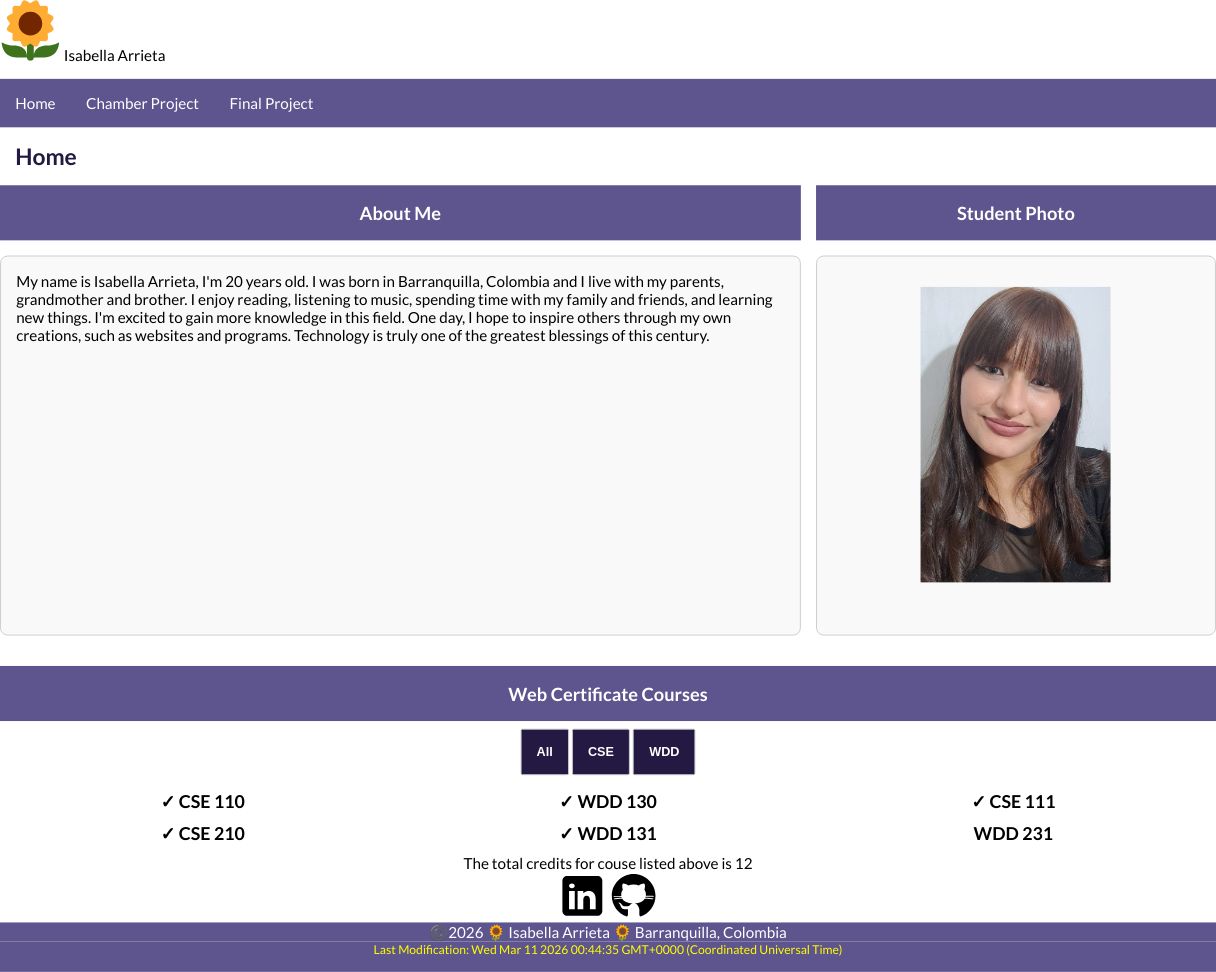
Repository: isaAJ05/wdd231
Page: index.html
These files come from the project's save history. The page is drawn as it stood at one moment and after the next save; the edit follows.
The browser window is 1280 px wide. The pictures show the whole page, at 95% of full size.
Some web fonts or font styles are not loaded; a fallback is used.

Above is the page before, as saved 2026-03-11 01:19:16.

### index.html
<!DOCTYPE html>
<html lang="en">
<head>
    <meta charset="UTF-8">
    <meta name="viewport" content="width=device-width, initial-scale=1.0">
    <title>WDD 231 – Web Frontend Development I – Isabella Arrieta</title>
    <meta name="description" content="WDD 231 – Web Frontend Development I Isabella Arrieta, This is a page about me">
    <meta name="author" content="Isabella Arrieta">
    <link rel="stylesheet" href="styles/normalize.css">
    <link rel="preconnect" href="https://fonts.googleapis.com">
    <link rel="preconnect" href="https://fonts.gstatic.com" crossorigin>
    <link href="https://fonts.googleapis.com/css2?family=Lato:ital,wght@0,100;0,300;0,400;0,700;0,900;1,100;1,300;1,400;1,700;1,900&family=Open+Sans:ital,wght@0,300..800;1,300..800&family=Play:wght@400;700&family=Raleway:ital,wght@0,100..900;1,100..900&display=swap" rel="stylesheet">
    <script src="scripts/getdates.js" defer></script>
    <script src="scripts/hamburguer.js" defer></script>
    <script src="scripts/courses.js" defer></script>
</head>
<body>
    <header>
        <div class="title">
            <img src="images/sunflower-svgrepo-com.svg" alt="Isabella Arrieta logo">
            <span>Isabella Arrieta</span>
        </div>
        <button id="menu" aria-label="Open menu"></button>
        <nav>
            <ul class="navigation">
			<li><a href="index.html">Home</a></li>
			<li><a href="#" class="chamber">Chamber Project</a></li>
			<li><a href="#" class="final">Final Project</a></li>
		</ul>
        </nav>
    </header>
    <main>
        <h1>Home</h1>
        <section>
         <div class="rectangle">
            <h2>About Me</h2>
            </div>
        <div class="card">
            <p>My name is Isabella Arrieta, I'm 20 years old. I was born in Barranquilla, Colombia and I live with my parents, grandmother and brother. I enjoy reading, listening to music, spending time with my family and friends, and learning new things. I'm excited to gain more knowledge in this field. One day, I hope to inspire others through my own creations, such as websites and programs. Technology is truly one of the greatest blessings of this century.</p>
        </div>
        </section>
        <section>
            <div class="rectangle">
                <h2>Student Photo</h2>
            </div>
            <div class="card">
                <img src="images/isa.jpg" alt="Isabella Arrieta picture">
            </div>
        </section>
        <section>
            <div class="rectangle">
                <h2>Web Certificate Courses</h2>
            </div>
            <div class="course-buttons">
                <button id="all">All</button>
                <button id="cse">CSE</button>
                <button id="wdd">WDD</button>
            </div>
            <div id="courses"></div>
            <p>The total credits for couse listed above is <span id="totalCredits"></span></p>

        </section>
    </main>
    <footer>
        <div class ="icons">
                <a href="https://www.linkedin.com/in/isabella-arrieta/" target="_blank"><img src="images/icons8-linkedin.svg" alt="LinkedIn icon"></a>
                <a href="https://github.com/isaaj05" target="_blank"><img src="images/icons8-github.svg" alt="GitHub icon"></a>
        </div>
        <p>
            ©️<span id="currentyear"></span> 🌻 Isabella Arrieta 🌻 Barranquilla, Colombia
        </p>
        <p class="last-modified">
            <span id="lastModified"></span>
        </p>
    </footer>

</body>
</html>

### styles/normalize.css
:root {
    --primary-color: #231942;
    --secondary-color: #5e548e;
    --font: "Lato", sans-serif;
}
* {
	margin: 0;
	padding: 0;
	box-sizing: border-box;
}
body{
	font-family: var(--font);
}
h1 {
	text-align: left;
	color: var(--primary-color);
	font-size: 1.5rem;
	margin-left: 1rem;
	position: left;
}

h2 {
	font-size: 1.2rem;
	color: #fff;
	text-align: center;
	margin: 1rem;
	}
header {
    position: relative;

}
nav {
	margin: 1rem auto;
}

/* small view navigation */
#menu {
	font-size: 1.5rem;
	border: 0;
	background: none;
	color: #000;
 	position: absolute;
  top: 1rem;
	right: 1rem;
}

#menu::before {
	content: "☰";
}

#menu.open::before {
	content: "✖️";
}

.navigation {
	display: flex;
	flex-direction: column;
	list-style: none;
	background-color: var(--secondary-color);
	color: #fff;
}

.navigation a {
	display: none;
	padding: 1rem;
	text-align: center;
	text-decoration: none;
	color: #fff;
}
.navigation a:hover {
	background-color: #bbb;
	color: #333;
	font-weight: 700;
}

/* when the button is clicked - the open class is toggled (added/removed) */
.open a {
	display: block;
}

.active::before {
	content: "📍";  /* just a wayfinding symbol for the user */
}

.card {
	border: 1px solid #ccc;
	border-radius: 8px;
	padding: 1rem;
	margin: 1rem auto;
	height: 400px;
	background-color: #f9f9f9;
}


.rectangle{
	padding: 0.1rem;
	background-color: var(--secondary-color);

}

.card img{
	width: 200px;
	height: auto;
	display: block;
	margin: 1rem auto;
}
#all, #cse , #wdd {
	background-color: var(--primary-color);
	color: #fff;
	cursor: pointer;
	border: 1px solid #ccc;
	border-radius: 2px;
	padding:  1rem;
	margin-top: 0.5rem;
	margin-bottom: 0.5rem;

}

#all:hover, #cse:hover , #wdd:hover {
	background-color: #ccc9dc;
    cursor: pointer;
	border: 1px solid gray;
	border-radius: 2px;
	color: #333;
	font-weight: 700;
}
#courses{
	display: grid;
	grid-template-columns: repeat(3, 1fr);
	height: 75px;
	padding-top: 0.5rem;
}
.course-buttons button{
	padding: .5rem 1rem;
	border: none;
	border-radius: 6px;
	background-color: var(--secondary-color);
	color: #000;
	font-weight: 600;
}
.completed{
	font-weight: 700;
}
footer {
    color:  #fff;
    text-align: center;
}
footer p {
    background: var(--secondary-color);
}
.last-modified {
    font-size: 0.8rem;
    color: yellow;
	padding-bottom: 1rem;
}

/* large view navigation ************************************/
@media (min-width: 37.5em) {

	 main {
        display: grid;
        grid-template-columns: 2fr 1fr;
        gap: 1rem;

    }

    main h1 {
        grid-column: 1 / -1;
    }

	main section:last-of-type {
    grid-column: 1 / -1;
	text-align: center;
    }

	#menu {
		display: none; /* hide hamburger button */
	}

	.navigation {
		flex-direction: row;
	}

	.navigation a {
		display: block;
		flex: 1 1 100%;
	}

}

### scripts/getdates.js
const year = document.querySelector("#currentyear");
const today = new Date();
year.innerHTML = `<span class="highlight">${today.getFullYear()}</span>`;
const lastMod = document.querySelector("#lastModified");
let oLastModif = new Date(document.lastModified);
lastMod.innerHTML = `Last Modification: <span class="highlight">${oLastModif}</span>`;

### scripts/hamburguer.js
const hamButton = document.querySelector('#menu');
const navigation = document.querySelector('.navigation');
const title = document.querySelector('.title');

hamButton.addEventListener('click', () => {
	navigation.classList.toggle('open');
    hamButton.classList.toggle('open');
    title.classList.toggle('open');
});

### scripts/courses.js
// here we select the elements we need to interact with
const courseContainer = document.querySelector("#courses"); // container for the course cards
const totalCredits = document.querySelector("#totalCredits"); // element to display total credits
// buttons to filter courses
const allBtn = document.querySelector("#all");
const cseBtn = document.querySelector("#cse");
const wddBtn = document.querySelector("#wdd");
// array given by the university with all the courses in the web certificate program
const courses = [
    {
        subject: 'CSE',
        number: 110,
        title: 'Introduction to Programming',
        credits: 2,
        certificate: 'Web and Computer Programming',
        description: 'This course will introduce students to programming. It will introduce the building blocks of programming languages (variables, decisions, calculations, loops, array, and input/output) and use them to solve problems.',
        technology: [
            'Python'
        ],
        completed: true
    },
    {
        subject: 'WDD',
        number: 130,
        title: 'Web Fundamentals',
        credits: 2,
        certificate: 'Web and Computer Programming',
        description: 'This course introduces students to the World Wide Web and to careers in web site design and development. The course is hands on with students actually participating in simple web designs and programming. It is anticipated that students who complete this course will understand the fields of web design and development and will have a good idea if they want to pursue this degree as a major.',
        technology: [
            'HTML',
            'CSS'
        ],
        completed: true
    },
    {
        subject: 'CSE',
        number: 111,
        title: 'Programming with Functions',
        credits: 2,
        certificate: 'Web and Computer Programming',
        description: 'CSE 111 students become more organized, efficient, and powerful computer programmers by learning to research and call functions written by others; to write, call , debug, and test their own functions; and to handle errors within functions. CSE 111 students write programs with functions to solve problems in many disciplines, including business, physical science, human performance, and humanities.',
        technology: [
            'Python'
        ],
        completed: true
    },
    {
        subject: 'CSE',
        number: 210,
        title: 'Programming with Classes',
        credits: 2,
        certificate: 'Web and Computer Programming',
        description: 'This course will introduce the notion of classes and objects. It will present encapsulation at a conceptual level. It will also work with inheritance and polymorphism.',
        technology: [
            'C#'
        ],
        completed: true
    },
    {
        subject: 'WDD',
        number: 131,
        title: 'Dynamic Web Fundamentals',
        credits: 2,
        certificate: 'Web and Computer Programming',
        description: 'This course builds on prior experience in Web Fundamentals and programming. Students will learn to create dynamic websites that use JavaScript to respond to events, update content, and create responsive user experiences.',
        technology: [
            'HTML',
            'CSS',
            'JavaScript'
        ],
        completed: true
    },
    {
        subject: 'WDD',
        number: 231,
        title: 'Frontend Web Development I',
        credits: 2,
        certificate: 'Web and Computer Programming',
        description: 'This course builds on prior experience with Dynamic Web Fundamentals and programming. Students will focus on user experience, accessibility, compliance, performance optimization, and basic API usage.',
        technology: [
            'HTML',
            'CSS',
            'JavaScript'
        ],
        completed: false
    }
]
// function to display the courses on the page
function displayCourses(courseList) {
    courseContainer.innerHTML = ""; // clear the container before adding new courses

    courseList.forEach(course => {
        const card = document.createElement("div"); // create a card for each course
        card.classList.add("course-card");

        if (course.completed) {
            card.classList.add("completed");// add a class to indicate the course is completed
        }

        card.innerHTML = `
            <h3>${course.completed ? '✓' : ''} ${course.subject} ${course.number}</h3>
        `;

        courseContainer.appendChild(card); // add the card to the container
    });

    calculateCredits(courseList);
}
function calculateCredits(courseList) {
    const total = courseList.reduce((sum, course) => sum + course.credits, 0); // calculate the total credits by summing the credits of all courses in the list
    totalCredits.textContent = total;
}

allBtn.addEventListener("click", () => {
    displayCourses(courses);
});

cseBtn.addEventListener("click", () => {
    const cseCourses = courses.filter(course => course.subject === "CSE");
    displayCourses(cseCourses);
});

wddBtn.addEventListener("click", () => {
    const wddCourses = courses.filter(course => course.subject === "WDD");
    displayCourses(wddCourses);
});

displayCourses(courses);

After the next save:
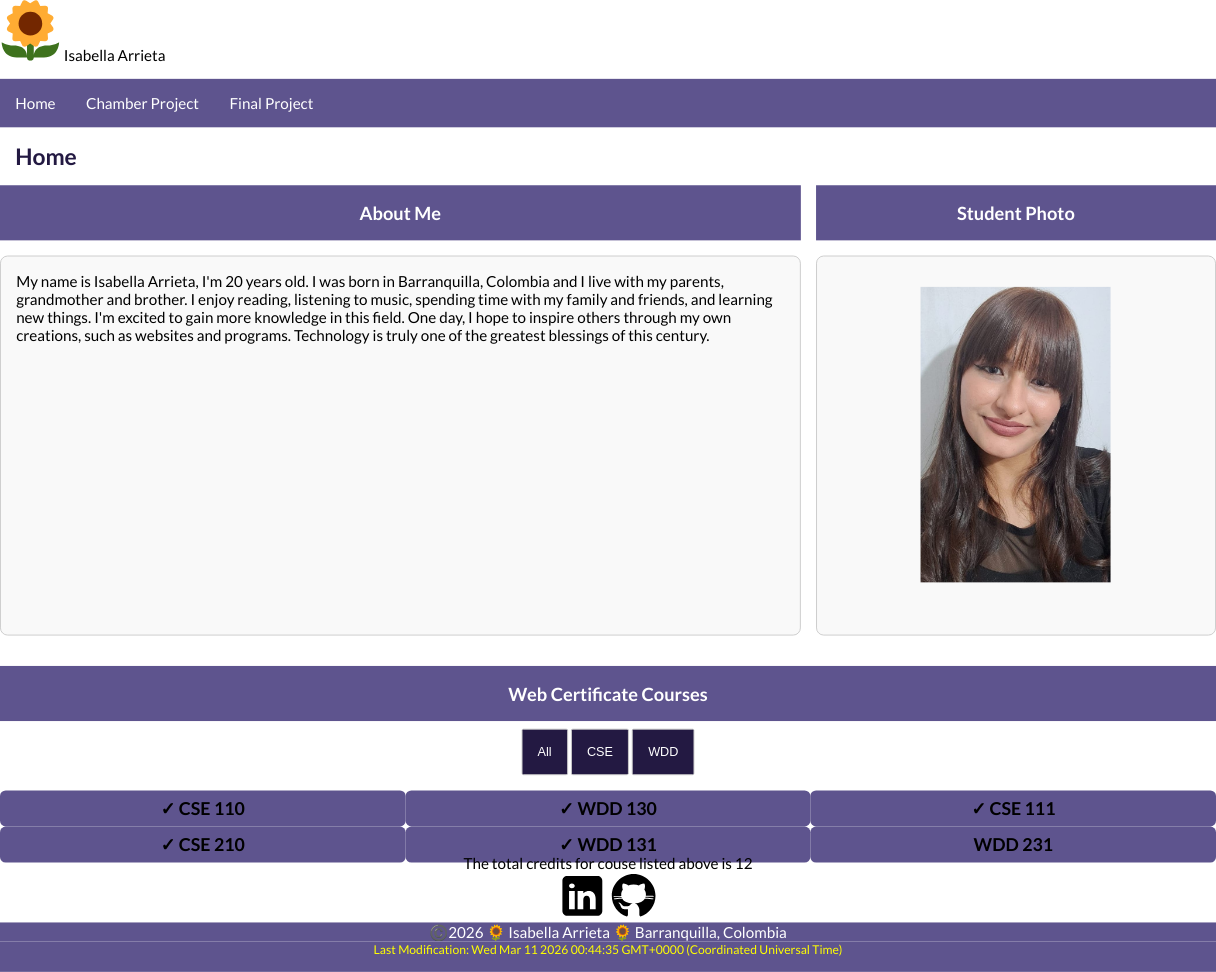
Saved 42 s later.
--- a/styles/normalize.css
+++ b/styles/normalize.css
@@ -130,7 +130,7 @@ nav {
 	height: 75px;
 	padding-top: 0.5rem;
 }
-.course-buttons button{
+.course-card{
 	padding: .5rem 1rem;
 	border: none;
 	border-radius: 6px;
